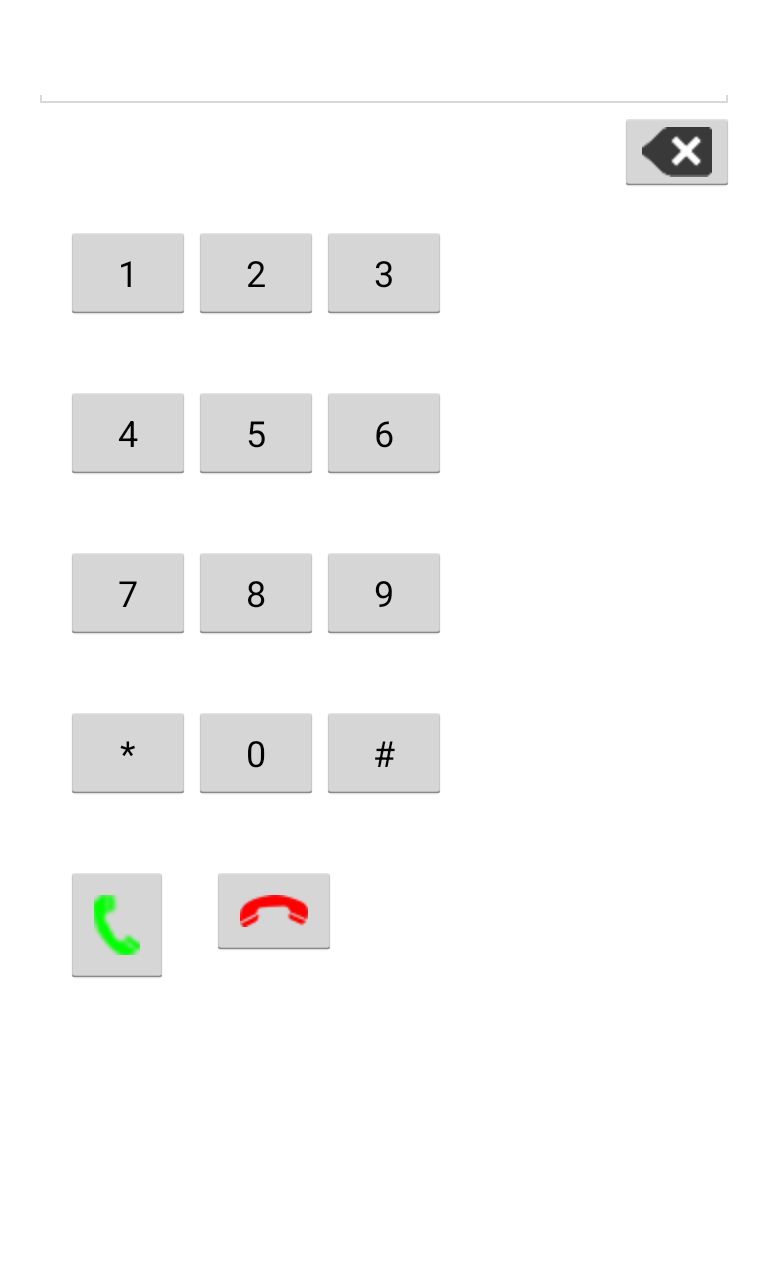
Repository: andreeastoican/Laborator03
Layout: PhoneDialer/res/layout/activity_phone_dialer.xml
The author's editor kept a copy of each file at every save. The layout is drawn from the files as they stood at one save, then again after the next save.
It is drawn on a 768 x 1280 px phone screen (xhdpi) without system bars, with theme AppTheme; the app's code is not run.

Above is the layout before, as saved 2015-03-10 09:45:10.

### PhoneDialer/res/layout/activity_phone_dialer.xml
<RelativeLayout xmlns:android="http://schemas.android.com/apk/res/android"
    xmlns:tools="http://schemas.android.com/tools"
    android:layout_width="match_parent"
    android:layout_height="match_parent"
    android:paddingBottom="@dimen/activity_vertical_margin"
    android:paddingLeft="@dimen/activity_horizontal_margin"
    android:paddingRight="@dimen/activity_horizontal_margin"
    android:paddingTop="@dimen/activity_vertical_margin"
    tools:context="ro.pub.cs.systems.pdsd.lab03.phonedialer.PhoneDialerActivity" >

    <EditText
        android:id="@+id/id_edit_text"
		android:layout_width="fill_parent"
	    android:layout_height="wrap_content"
	    android:ems="10"
	    android:inputType="text"
	    android:enabled="false"
        />

    <ImageButton
        android:id="@+id/id_img_button"
        android:layout_width="wrap_content"
        android:layout_height="wrap_content"
        android:src="@drawable/backspace"
        android:layout_below="@id/id_edit_text"
        android:layout_alignParentRight="true"
    	/>

	<LinearLayout
	      android:id="@+id/layout1"
		  android:layout_below="@id/id_img_button"
		  android:layout_width="wrap_content"
		  android:layout_height="wrap_content"
		  android:paddingBottom="@dimen/activity_vertical_margin"
		  android:paddingLeft="@dimen/activity_horizontal_margin"
		  android:paddingRight="@dimen/activity_horizontal_margin"
		  android:paddingTop="@dimen/activity_vertical_margin"
		  android:orientation="horizontal">

			<Button
			    android:id="@+id/id1"
			    android:layout_width="wrap_content"
		        android:layout_height="wrap_content"
		        android:text="1"
			    />
			<Button
			    android:id="@+id/id2"
			    android:layout_width="wrap_content"
		        android:layout_height="wrap_content"
		        android:text="2"
			    />
			<Button
			    android:id="@+id/id3"
			    android:layout_width="wrap_content"
		        android:layout_height="wrap_content"
		        android:text="3"
			    />

	</LinearLayout>

	<LinearLayout
	  android:layout_below="@id/layout1"
	  android:id="@+id/layout2"
	  android:layout_width="wrap_content"
	  android:layout_height="wrap_content"
	  android:paddingBottom="@dimen/activity_vertical_margin"
	  android:paddingLeft="@dimen/activity_horizontal_margin"
	  android:paddingRight="@dimen/activity_horizontal_margin"
	  android:paddingTop="@dimen/activity_vertical_margin"
	  android:orientation="horizontal">

		<Button
		    android:id="@+id/id4"
		    android:layout_width="wrap_content"
	        android:layout_height="wrap_content"
	        android:text="4"
		    />
		<Button
		    android:id="@+id/id5"
		    android:layout_width="wrap_content"
	        android:layout_height="wrap_content"
	        android:text="5"
		    />
		<Button
		    android:id="@+id/id6"
		    android:layout_width="wrap_content"
	        android:layout_height="wrap_content"
	        android:text="6"
		    />

	</LinearLayout>


	<LinearLayout
	  android:layout_below="@id/layout2"
	  android:id="@+id/layout3"
	  android:layout_width="wrap_content"
	  android:layout_height="wrap_content"
	  android:paddingBottom="@dimen/activity_vertical_margin"
	  android:paddingLeft="@dimen/activity_horizontal_margin"
	  android:paddingRight="@dimen/activity_horizontal_margin"
	  android:paddingTop="@dimen/activity_vertical_margin"
	  android:orientation="horizontal">

		<Button
		    android:id="@+id/id7"
		    android:layout_width="wrap_content"
	        android:layout_height="wrap_content"
	        android:text="7"
		    />
		<Button
		    android:id="@+id/id8"
		    android:layout_width="wrap_content"
	        android:layout_height="wrap_content"
	        android:text="8"
		    />
		<Button
		    android:id="@+id/id9"
		    android:layout_width="wrap_content"
	        android:layout_height="wrap_content"
	        android:text="9"
		    />

	</LinearLayout>

	<LinearLayout
	  android:layout_below="@id/layout3"
	  android:id="@+id/layout4"
	  android:layout_width="wrap_content"
	  android:layout_height="wrap_content"
	  android:paddingBottom="@dimen/activity_vertical_margin"
	  android:paddingLeft="@dimen/activity_horizontal_margin"
	  android:paddingRight="@dimen/activity_horizontal_margin"
	  android:paddingTop="@dimen/activity_vertical_margin"
	  android:orientation="horizontal">

		<Button
		    android:id="@+id/id10"
		    android:layout_width="wrap_content"
	        android:layout_height="wrap_content"
	        android:text="*"
		    />
		<Button
		    android:id="@+id/id0"
		    android:layout_width="wrap_content"
	        android:layout_height="wrap_content"
	        android:text="0"
		    />
		<Button
		    android:id="@+id/id11"
		    android:layout_width="wrap_content"
	        android:layout_height="wrap_content"
	        android:text="#"
		    />
	</LinearLayout>

	<RelativeLayout
	  android:layout_below="@id/layout4"
	  android:layout_width="wrap_content"
	  android:layout_height="wrap_content"
	  android:paddingBottom="@dimen/activity_vertical_margin"
	  android:paddingLeft="@dimen/activity_horizontal_margin"
	  android:paddingRight="@dimen/activity_horizontal_margin"
	  android:paddingTop="@dimen/activity_vertical_margin"
	  android:orientation="horizontal">

		<ImageButton
		    android:id="@+id/img_on"
		    android:layout_width="wrap_content"
	        android:layout_height="wrap_content"
	        android:src="@drawable/call"
	        android:padding="15dp"
		    />

		<ImageButton
		    android:id="@+id/img_off"
		    android:layout_width="wrap_content"
	        android:layout_height="wrap_content"
	        android:text="#"
	        android:layout_toRightOf="@id/img_on"
	        android:padding="15dp"
	        android:layout_marginLeft="20dp"
	        android:src="@drawable/hangup"
		    />
	</RelativeLayout>"

</RelativeLayout>

Loaded but not shown: PhoneDialer/res/values/styles.xml (common file); PhoneDialer/res/values-v11/styles.xml (common file); PhoneDialer/res/values-v14/styles.xml (common file); PhoneDialer/res/values/dimens.xml (common file); PhoneDialer/res/values-w820dp/dimens.xml (common file)

After the next save:
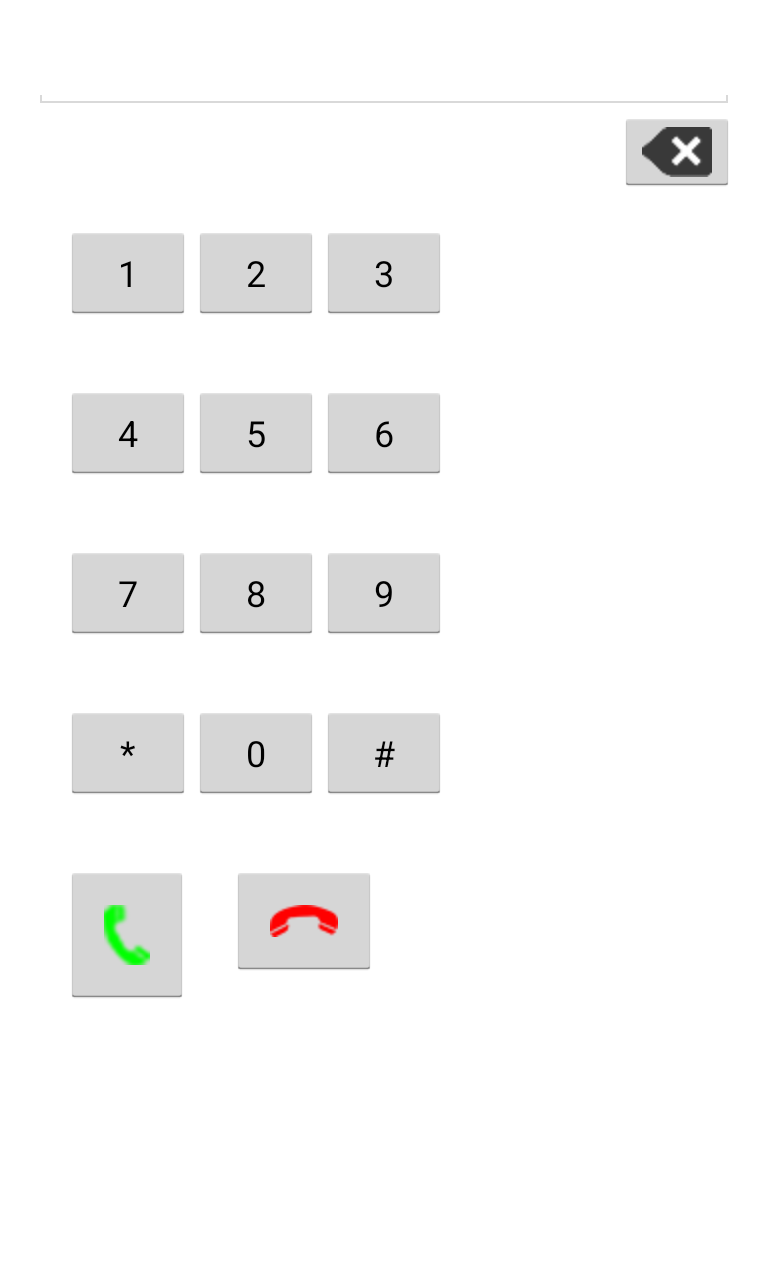
Saved 38 s later.
--- a/PhoneDialer/res/layout/activity_phone_dialer.xml
+++ b/PhoneDialer/res/layout/activity_phone_dialer.xml
@@ -169,7 +169,7 @@
 		    android:layout_width="wrap_content"
 	        android:layout_height="wrap_content"
 	        android:src="@drawable/call"
-	        android:padding="15dp"
+	        android:padding="20dp"
 		    />
 
 		<ImageButton
@@ -178,7 +178,7 @@
 	        android:layout_height="wrap_content"
 	        android:text="#"
 	        android:layout_toRightOf="@id/img_on"
-	        android:padding="15dp"
+	        android:padding="20dp"
 	        android:layout_marginLeft="20dp"
 	        android:src="@drawable/hangup"
 		    />
